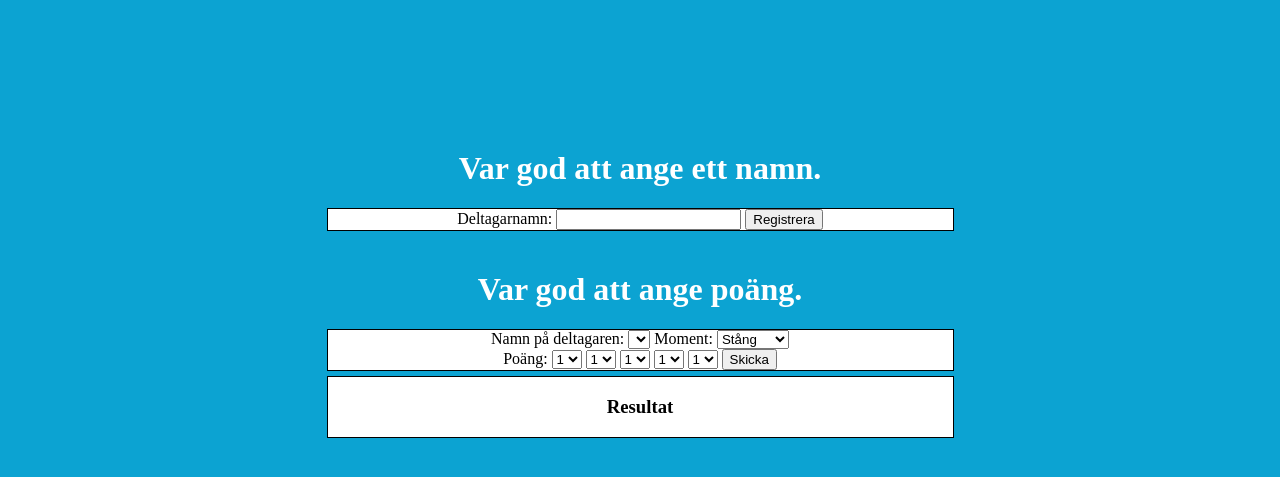
Repository: ms223uh/1dv404-tests
Page: www/logged.html
The author's editor kept a record of every edit. The page is drawn from the files as they stood at one moment, then again after the next edit.
The browser window is 1280 px wide. The pictures show the whole page.

Above is the page before.
Console error: TypeError: Cannot set properties of null (setting 'onclick')

### www/logged.html
<!DOCTYPE html>
<html lang="sv">

    <head>

        <meta charset="UTF-8">

        <title>Inloggning</title>
        <link rel="stylesheet" href="css/style.css">



        <script type="text/javascript" src="script/logged.js"></script>


    </head>



    <body>


<div id="dataContainer">





<h1>Var god att ange ett namn.</h1>


   <div id="dataBox">


   <form method="post" >

            Deltagarnamn: <input type="text" maxlength="18" name="addUser" id="addUser">


           <button type="submit" name="regUser" id="regUser">Registrera</button>


          </form>



</div>





    <br>



    <h1>Var god att ange poäng.</h1>


   <div id="dataBox">

            <form method="post" id="res">

            Namn på deltagaren: <select name="name" id="name">

            </select>


            Moment: <select name="Moment" id="moment">
                <option value="Stång">Stång</option>
                <option value="Trampet">Trampet</option>
            </select>
    <br>
    Poäng: <select name="adding" id="adding">
                <option value="1">1</option>
                <option value="2">2</option>
                <option value="3">3</option>
                <option value="4">4</option>
                <option value="5">5</option>

            </select>

            <select name="adding" id="adding">
                <option value="1">1</option>
                <option value="2">2</option>
                <option value="3">3</option>
                <option value="4">4</option>
                <option value="5">5</option>

            </select>

            <select name="adding" id="adding">
                <option value="1">1</option>
                <option value="2">2</option>
                <option value="3">3</option>
                <option value="4">4</option>
                <option value="5">5</option>

            </select>

            <select name="adding" id="adding">
                <option value="1">1</option>
                <option value="2">2</option>
                <option value="3">3</option>
                <option value="4">4</option>
                <option value="5">5</option>

            </select>

            <select name="adding" id="adding">
                <option value="1">1</option>
                <option value="2">2</option>
                <option value="3">3</option>
                <option value="4">4</option>
                <option value="5">5</option>

            </select>


           <button type="submit" name="submit" id="submit">Skicka</button>


          </form>


        </div>

<div id="resultat">
            <h3>Resultat</h3>



        </div>

        </div>




    </body>



</html>

### www/css/style.css
body
{
    background: #0ca3d2;
}

#inlogBox
{
    width: 625px;
    height: 25px;
    border: solid 1px #000;
    background: #fff;

    text-align: center;
    margin-left: auto ;
    margin-right: auto ;
    position: relative;
    top: 50%;
    transform: translateY(600%);


}


#dataBox
{
    width: 625px;
    height: auto;
    border: solid 1px #000;
    background: #fff;

    text-align: center;
    margin-left: auto ;
    margin-right: auto ;



}


#resultat
{
     width: 625px;
    max-height: 395px;
    overflow-y: scroll;
    border: solid 1px #000;
    background: #fff;

    text-align: center;
    margin-left: auto ;
    margin-right: auto ;
    margin-top: 5px;




}

#dataContainer
{
    width: 630px;
    height: auto;
    text-align: center;
   margin-left: auto;
   margin-right: auto;
    margin-top: 150px;
}

#dataContainer h1{
    color: #fff;
}


#testBox{

   width: 630px;
    height: auto;
    text-align: center;
   margin-left: auto;
   margin-right: auto;
    margin-top: 50px;
    background-color: #fff;
    border: solid 1px #000;
}

### www/script/logged.js
"use strict"









var userMain = {

  users : [],
  summ : [],
  resTot : 0,

addUser : function(){
    document.getElementById("submit").disabled = true;
 var AddUser = document.getElementById("addUser");
 var optionName = document.getElementById("name");
 var RegUser = document.getElementById("regUser");
        RegUser.onclick =  function(e){
            document.getElementById("submit").disabled = false;
            e.preventDefault();
            userMain.users.push(AddUser.value);
            var option = document.createElement("option");
            option.innerHTML = AddUser.value;
            optionName.appendChild(option);
            console.log(userMain.users);

        };



},
















Start : function(){

    console.log("Load");

    var name = document.getElementById("name");

    var moment = document.getElementById("moment");
    var adding = document.getElementById("adding");
   var Submit = document.getElementById("submit");
   console.log();

var x = document.forms["res"]["name"].value;




    Submit.onclick = function(e){

        var sum = userMain.summ;

        var addArr = document.querySelectorAll("#adding");
        for (var i = 0; i < addArr.length; i++) {
                sum.push(addArr[i].value);
        }
        sum.sort();
        sum.splice(sum.length-1, 1);
        sum.splice(0, 1);
        console.log(sum);


        var totRes = userMain.resTot;
        var One = parseInt(sum[0]);
        var Two = parseInt(sum[1]);
        var Three = parseInt(sum[2]);
        totRes = Math.round(((One + Two + Three )/3));
        e.preventDefault();
        console.log(totRes);

        userMain.Add (name.value, moment.value, totRes);


        }

},



Add : function(namn, gren, points){


    var resultat = document.getElementById("resultat");
    var pTag = document.createElement("p");


    pTag.innerHTML += "<b>Namn på deltagaren:</b> " +namn +"<br />";
    pTag.innerHTML += "<b>Moment:</b> "+ gren +"<br />";
    pTag.innerHTML += "<b>Antal poäng:</b> "+ points +"<br />";

    resultat.appendChild(pTag);






},

logOut : function(){

 var logOut = document.getElementById("logOut");

        logOut.onclick =  function(e){

            e.preventDefault();

            alert("Tack för ditt besök - Välkommen åter!");

            window.location = "startpage.html";

        };



},



}




window.onload = function(){
    userMain.Start();
    userMain.logOut();
    userMain.addUser();

}

After the next edit:
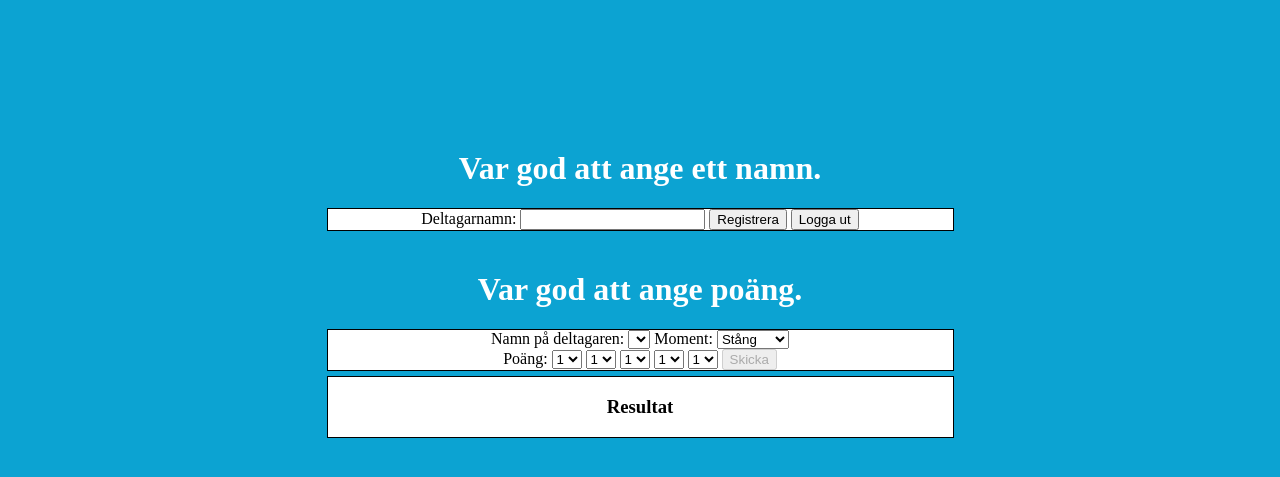
The error is gone.
The edit:
--- a/www/logged.html
+++ b/www/logged.html
@@ -39,6 +39,7 @@
 
            <button type="submit" name="regUser" id="regUser">Registrera</button>
 
+           <button type="submit" name="logOut" id="logOut">Logga ut</button>
 
           </form>
 
